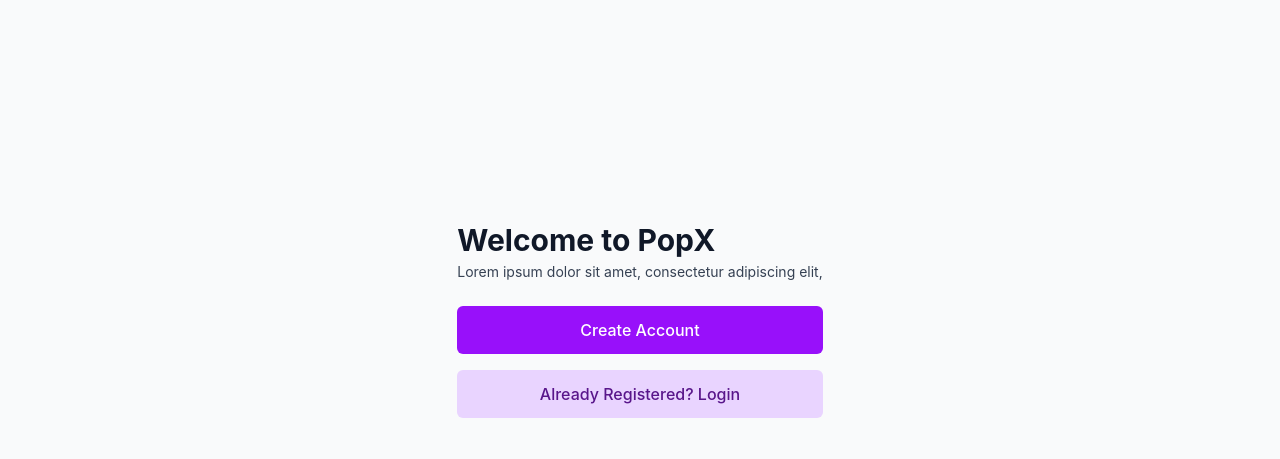
Repository: tanayburbure/inter
Page: /
These files come from the project's save history. The page is drawn as it stood at one moment and after the next save; the edit follows.
The browser window is 1280 px wide. The pictures show the whole page.
The project was rebuilt for these pictures with package versions that can differ from the ones it lists, and the page was loaded fresh each time. Also part of the build but not shown: vite.config.js, src/pages/Login.jsx, src/pages/Signup.jsx, src/pages/Account.jsx.

Above is the page before, as saved 2025-06-17 22:22:57.

After the next save:
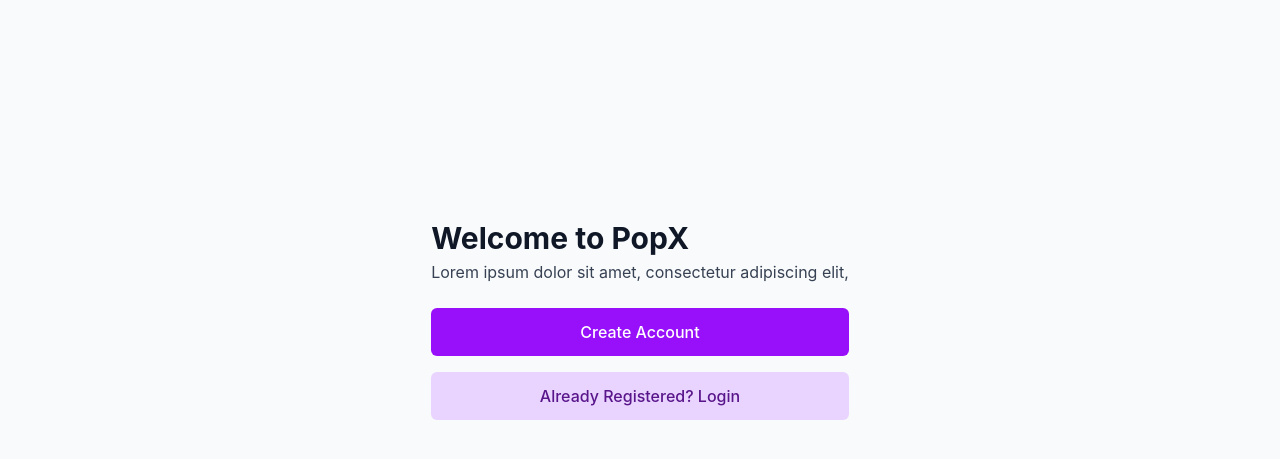
Saved 9 s later.
--- a/src/pages/Welcome.jsx
+++ b/src/pages/Welcome.jsx
@@ -7,7 +7,7 @@
     <div className="min-h-screen md:items-center mg:justify-center lg:items-center lg:justify-center flex flex-col justify-end px-6 py-12 bg-gray-50">
       <div className="mb-20">
         <h1 className="text-3xl font-bold mb-1">Welcome to PopX</h1>
-        <p className="text-sm text-gray-700 mb-6">
+        <p className="text-md text-gray-700 mb-6">
           Lorem ipsum dolor sit amet, consectetur adipiscing elit,
         </p>
         <button
